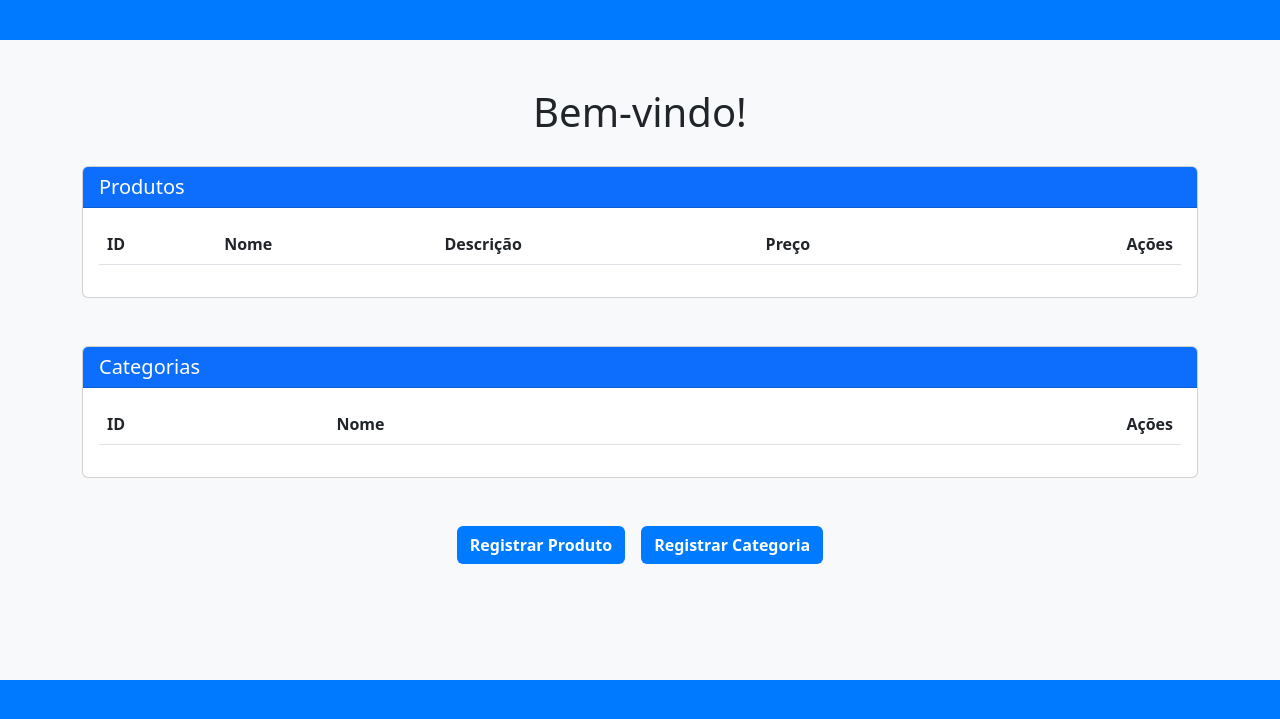
Repository: Gugalzg/sistema-cadastro
Page: http://localhost/index
An editor plug-in stored every save of this project. The page is shown before and after the next save, followed by the edit.
The browser window is 1280 px wide. The pictures show the whole page.
The page is this project's Thymeleaf template; nobody is signed in. The template is opened directly, without the code that normally fills it, so the values that code supplies are empty.

Above is the page before, as saved 2025-01-02 13:38:10.

After the next save:
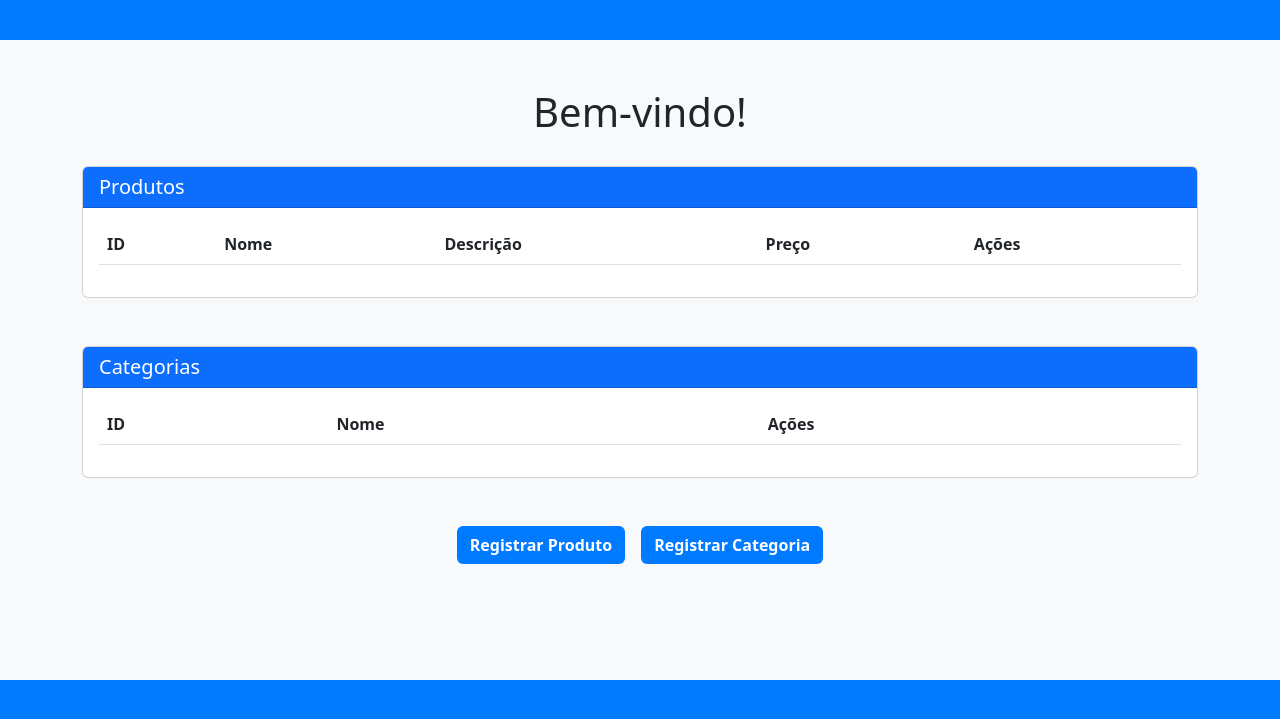
Saved 2 min 5 s later.
--- a/demo/src/main/resources/templates/index.html
+++ b/demo/src/main/resources/templates/index.html
@@ -42,7 +42,7 @@
             font-weight: bold;
         }
 		.acoes-header {
-		    padding-left: 100px; /* Ajuste o valor conforme necessário */
+		    padding-left: 40px; /* Ajuste o valor conforme necessário */
 		}
 
         .btn-blue:hover {
@@ -75,7 +75,7 @@
                                 <th>Nome</th>
                                 <th>Descrição</th>
                                 <th>Preço</th>
-								<th class="text-end acoes-header">Ações</th> <!-- Classe adicionada aqui -->
+								<th class="acoes-header">Ações</th> <!-- Classe adicionada aqui -->
                             </tr>
                         </thead>
                         <tbody>
@@ -114,7 +114,7 @@
 					        <tr>
 					            <th>ID</th>
 					            <th>Nome</th>
-					            <th class="text-end acoes-header">Ações</th> <!-- Classe adicionada aqui -->
+					            <th class="acoes-header">Ações</th> <!-- Classe adicionada aqui -->
 					        </tr>
 					    </thead>
 					    <tbody>
